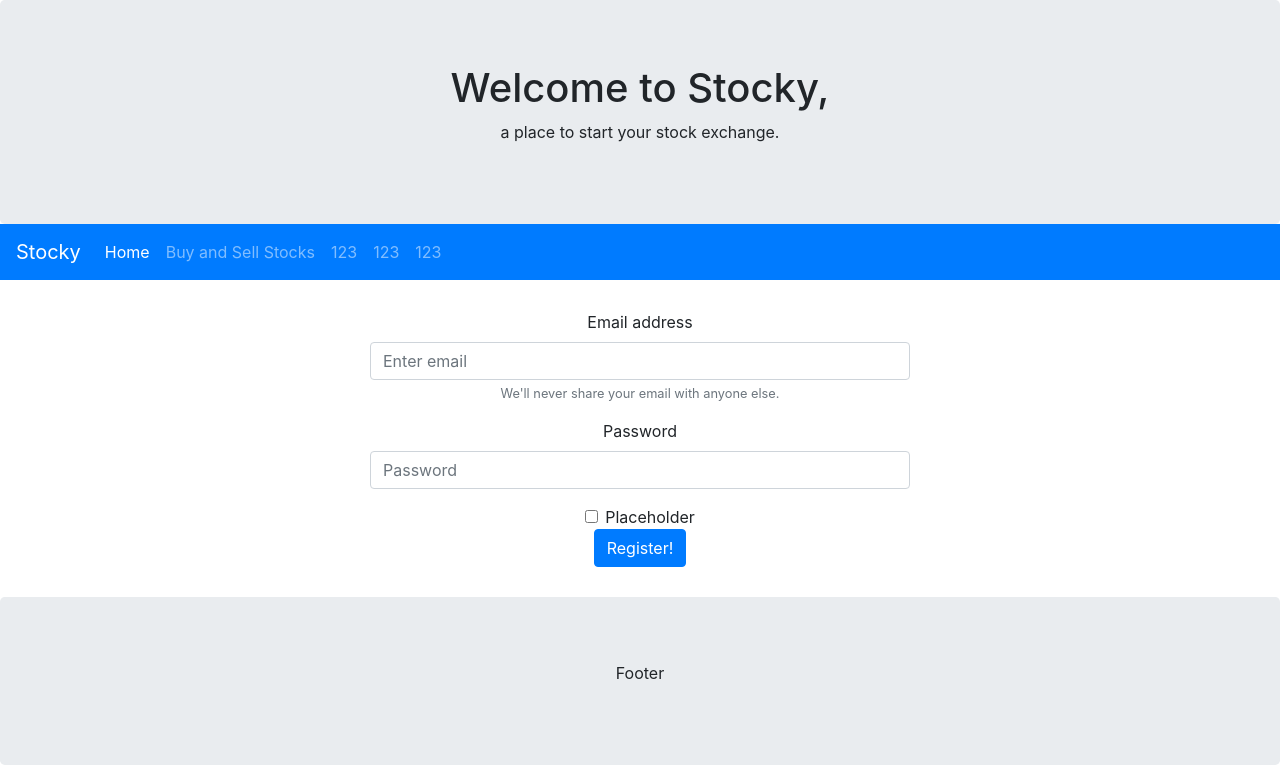
Repository: madfufuu/stocky
Page: http://localhost/stocky/signup.jsp
These files come from the project's save history. The page is drawn as it stood at one moment and after the next save; the edit follows.
The browser window is 1280 px wide. The pictures show the whole page.
The page is served by Tomcat 9.

Above is the page before, as saved 2019-11-27 21:44:39.

After the next save:
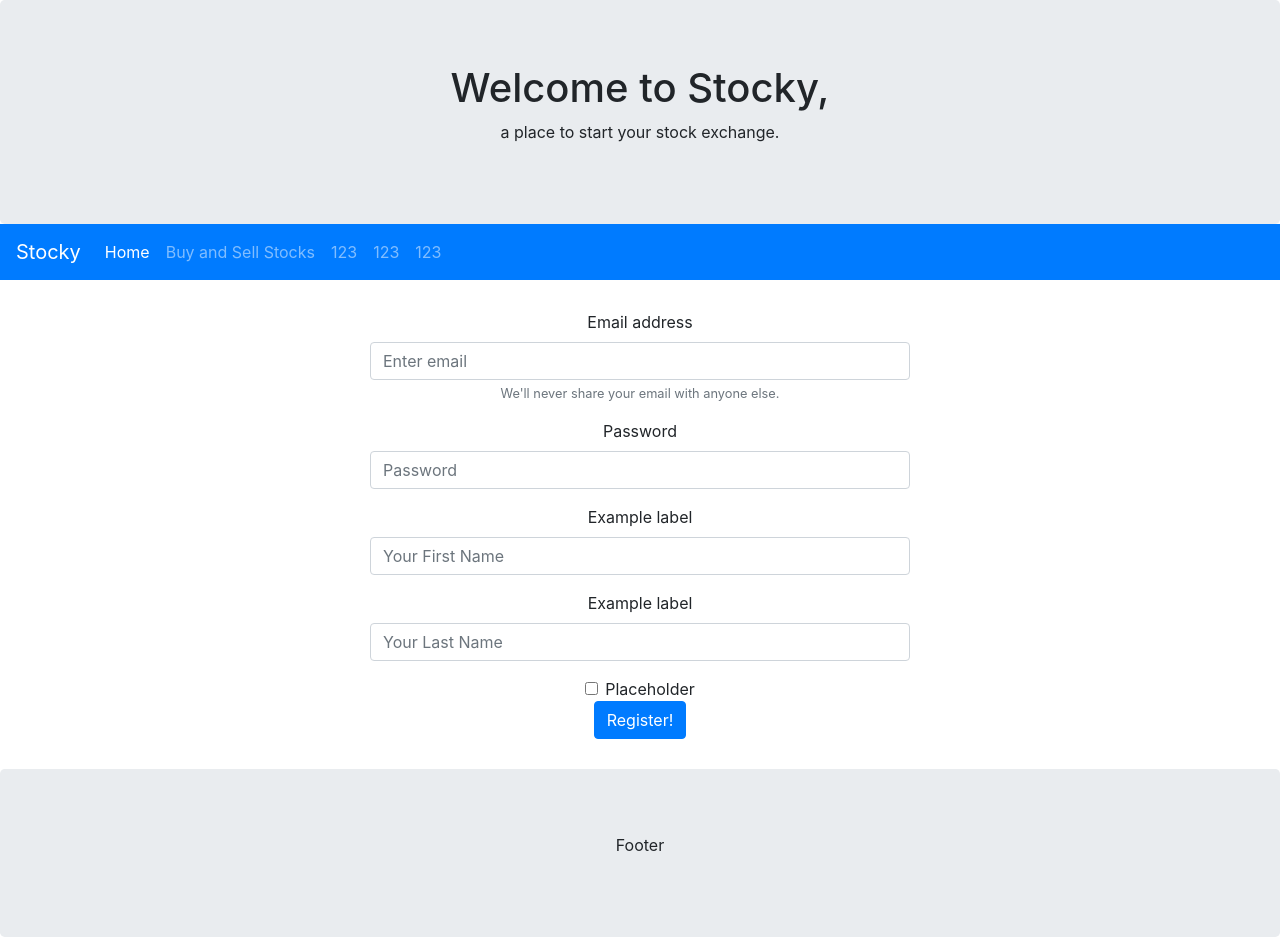
Saved 4 min 8 s later.
--- a/stocky-new-master/stocky/WebContent/signup.jsp
+++ b/stocky-new-master/stocky/WebContent/signup.jsp
@@ -68,16 +68,26 @@
 			<form action="SignUpCheck" method="post" class="col-sm-6"
 				id="signupForm">
 				<div class="form-group">
-					<label for="exampleInputEmail1">Email address</label> <input
-						type="email" class="form-control" id="exampleInputEmail1"
+					<label for="inputEmail">Email address</label> <input
+						type="email" class="form-control" id="inputEmail"
 						aria-describedby="emailHelp" placeholder="Enter email"> <small
 						id="emailHelp" class="form-text text-muted">We'll never
 						share your email with anyone else.</small>
 				</div>
 				<div class="form-group">
-					<label for="exampleInputPassword1">Password</label> <input
-						type="password" class="form-control" id="exampleInputPassword1"
+					<label for="inputPassword">Password</label> <input
+						type="password" class="form-control" id="inputPassword"
 						placeholder="Password">
+				</div>
+				<div class="form-group">
+					<label for="inputFirstName">Example label</label> <input
+						type="text" class="form-control" id="inputFirstName"
+						placeholder="Your First Name">
+				</div>
+				<div class="form-group">
+					<label for="inputLastName">Example label</label> <input
+						type="text" class="form-control" id="inputLastName"
+						placeholder="Your Last Name">
 				</div>
 				<div class="form-check">
 					<input type="checkbox" class="form-check-input" id="exampleCheck1">
